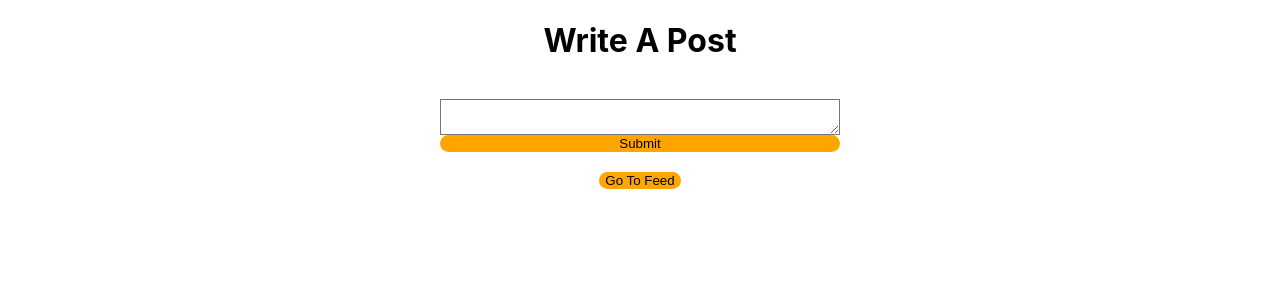
Repository: shaelorch/comp-week4
Page: /addPosts
The author's editor kept a copy of each file at every save. The page is drawn from the files as they stood at one save, then again after a run of saves.
The browser window is 1280 px wide. The pictures show the whole page.
The project was rebuilt for these pictures with package versions that can differ from the ones it lists, and the page was loaded fresh each time. The framework's server and built-in components were replaced by stand-ins that run in the browser. Also part of the build but not shown: next.config.js.

Above is the page before, as saved 2023-01-31 23:10:35.

### pages/addPosts.js
import { useState } from 'react'
import axios from 'axios'
import { useEffect } from 'react'

export default function Home({posts}) {
    const [title, setTitle] = useState('')
    const [content, setContent] = useState('')

  const handleSubmit = async (e) => {
  e.preventDefault()
  const res = await axios.post('/api/posts', { title, content })
    console.log(res.data)
  }

  return <div style={{display:'flex', justifyContent:'center', flexDirection:'column' , alignItems:'center'}}>
  <h1>Write A Post</h1>

        <form onSubmit={handleSubmit} style={{display: "flex", flexDirection: "column", width:400}}>
          <input style={{backgroundColor:'white',  border:'transparent'}} type="text" value={title} onChange={(e) => setTitle(e.target.value)} />
          <textarea style={{backgroundColor:'white'}} value={content} onChange={(e) => setContent(e.target.value)} />


            <button style={{backgroundColor:'orange', borderRadius:10, border:'transparent'}} type="submit">Submit</button>
        </form>
        <a href='/'>
            <button style={{display:'flex', marginTop:20, backgroundColor:'orange', border:'transparent', borderRadius:10}}>Go To Feed</button>
        </a>


    </div>
  }

Loaded but not shown: pages/_app.js (common file); styles/globals.css (common file)

After the next 4 saves:
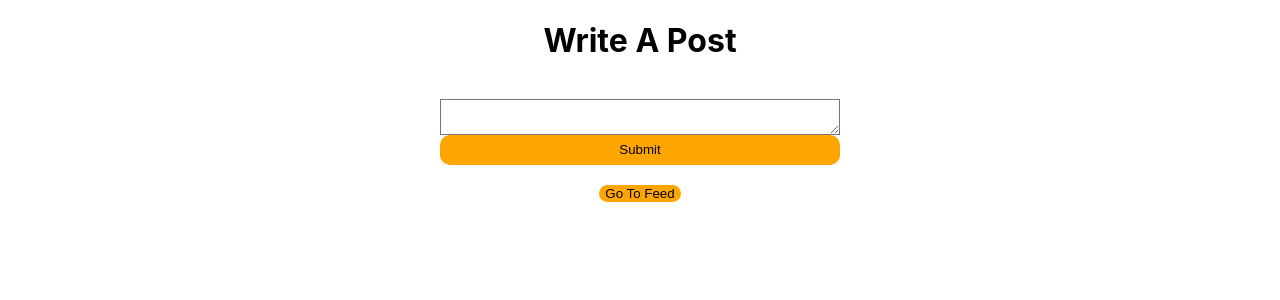
The 4 saves are shown as one change because they came seconds apart.
The last was saved 27 s later.
--- a/pages/addPosts.js
+++ b/pages/addPosts.js
@@ -20,7 +20,7 @@ export default function Home({posts}) {
           <textarea style={{backgroundColor:'white'}} value={content} onChange={(e) => setContent(e.target.value)} />
 
 
-            <button style={{backgroundColor:'orange', borderRadius:10, border:'transparent'}} type="submit">Submit</button>
+            <button style={{backgroundColor:'orange', borderRadius:10, border:'transparent', height:30}} type="submit">Submit</button>
         </form>
         <a href='/'>
             <button style={{display:'flex', marginTop:20, backgroundColor:'orange', border:'transparent', borderRadius:10}}>Go To Feed</button>
